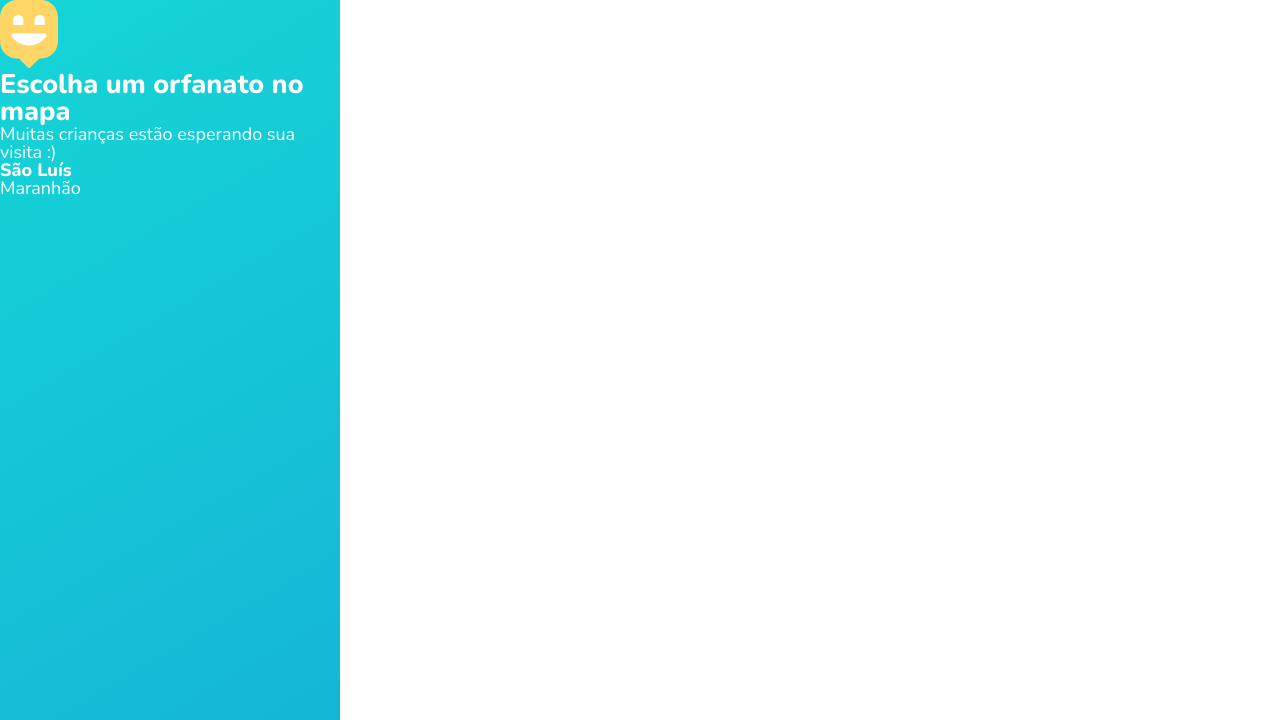
Repository: SrtaPoe/nlw
Page: orphanages.html
An editor plug-in stored every save of this project. The page is shown before and after the next save, followed by the edit.
The browser window is 1280 px wide. The pictures show the whole page.

Above is the page before, as saved 2020-10-15 13:43:41.

### orphanages.html
<!DOCTYPE html>
<html lang="pt_BR">
  <head>
    <meta charset="UTF-8" />
    <meta name="viewport" content="width=device-width, initial-scale=1.0" />
    <meta http-equiv="X-UA-Compatible" content="ie=edge" />
    <title>Localize um orfanato | Happy</title>
    <link rel="icon" href="./public/images/logo-icon.png" />
    <link rel="stylesheet" href="/public/css/main.css" />
    <link rel="stylesheet" href="/public/css/page-orphanages.css">
    <link rel="stylesheet" href="/public/css/animation.css">
    <link href="https://fonts.googleapis.com/css2?family=Nunito:wght@400;600;800&display=swap" rel="stylesheet">
  </head>
  <body>
    <div id="page-orphanages">
      <aside>

        <header>
        <img src="./public/images/map-marker.svg" alt="Happy">
          <h2>Escolha um orfanato no mapa</h2>

          <p>Muitas crianças estão esperando sua visita :)</p>
      </header>

      <footer>
        <strong>São Luís</strong>
        <p>Maranhão</p>
      </footer>
      </aside>

      <div id="mapid">

          <a href="create-orphanage.html" class="create-orphanage" title="Cadastre um orfanato"></a>
          <img src="./public/images/plus.svg" alt="Criar orfanato">
      </div>
    </div>

  </body>
</html>

### public/css/main.css
*{
    margin: 0;
    padding:0;
    box-sizing: border-box;
}

body {
    height:100vh;
    color: white;
}

:root{
    font-size: 62.5%;
}

body, input, button, textarea {
    font-weight: 400;
    line-height: 1;
    font-size: 1.8rem;
    font-family: 'Nunito', sans-serif;
}

### public/css/page-orphanages.css
#page-orphanages {
    width:100%;
    height: 100%;
    display:flex;
}

aside {
    width: clamp(34rem, 24vw, 44rem);
    background: linear-gradient(329.54deg, #15B6D6 0%, #15D6D6 100%);
}

### public/css/animation.css
@keyframes up {
    from {
    opacity: 0;
    transform: translateY(16px);
    }
    to {
        opacity: 1;
        transform: translateY(0);
    }
}

.animate-up {
    animation-name: up;
    animation-duration: 300ms;
    animation-fill-mode: backwards;
}

After the next save:
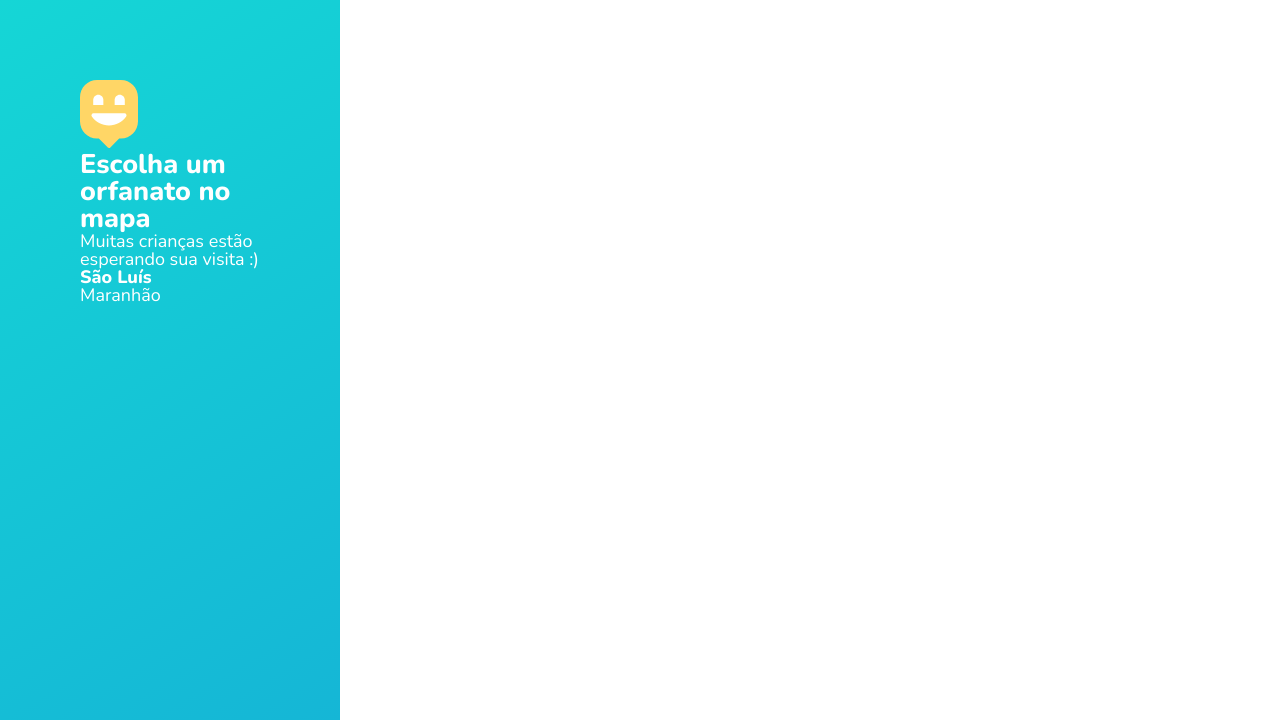
Saved 12 s later.
--- a/public/css/page-orphanages.css
+++ b/public/css/page-orphanages.css
@@ -7,4 +7,5 @@
 aside {
     width: clamp(34rem, 24vw, 44rem);
     background: linear-gradient(329.54deg, #15B6D6 0%, #15D6D6 100%);
+    padding: 8rem;
 }
